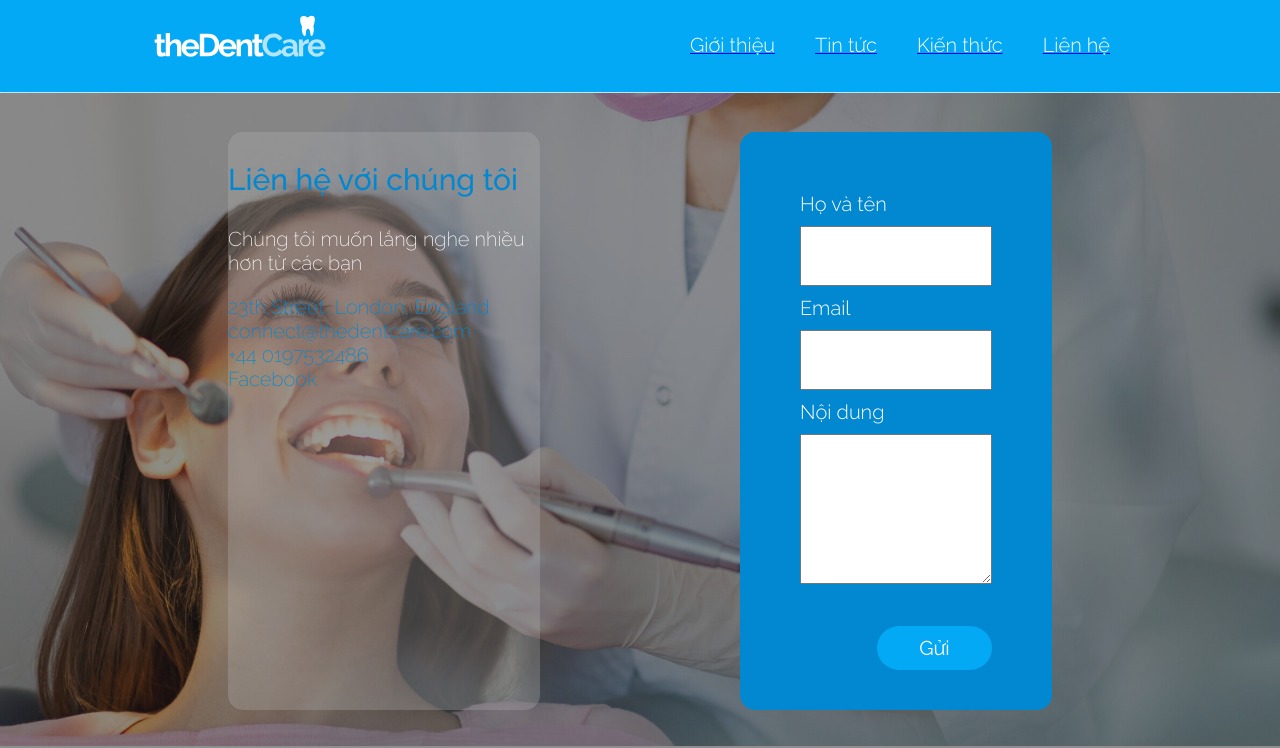
Repository: vantoan19/theDentCare
Page: /contact (app in theDentalCare/the-dental-care/)
An editor plug-in stored every save of this project. The page is shown before and after the next save, followed by the edit.
The browser window is 1280 px wide. The pictures show the whole page.
The project was rebuilt for these pictures with package versions that can differ from the ones it lists, and the page was loaded fresh each time. The framework's server and built-in components were replaced by stand-ins that run in the browser.

Above is the page before, as saved 2022-09-23 20:37:24.

### theDentalCare/the-dental-care/pages/_app.js
import { createGlobalStyle } from "styled-components";

const GlobalStyle = createGlobalStyle`
    html,
    body, input, textarea, button {
        padding: 0;
        margin: 0;
        font-family: Raleway;
        font-size: 10px;
    }
    html,
    body {
      height: 100%;
    }

    * {
        box-sizing: border-box;
    }
`;

function MyApp({ Component, pageProps }) {
  return (
    <>
      <GlobalStyle />
      <Component {...pageProps} />
    </>
  );
}

export default MyApp

### theDentalCare/the-dental-care/pages/_document.js
// pages/_document.js

import { Html, Head, Main, NextScript } from 'next/document'

export default function Document() {
  return (
    <Html>
      <Head>
        <link
          href="https://fonts.googleapis.com/css2?family=Raleway:ital,wght@0,100;0,200;0,300;0,400;0,500;0,600;0,700;0,800;0,900;1,100;1,200;1,300;1,400;1,500;1,600;1,700;1,800;1,900&display=swap"
          rel="stylesheet"
        />
      </Head>
      <body>
        <Main />
        <NextScript />
      </body>
    </Html>
  )
}

### theDentalCare/the-dental-care/pages/contact/index.js
import { Fragment } from "react";
import styled from "styled-components";
import NavBar from "../../components/NavBar/NavBar";
import BackgroundImage from "../../components/BackgroundImage/BackgroundImage";
import Card from "../../components/UI/Card/Card";
import Button from "../../components/UI/Button/Button";

const ContactFormTextInput = styled.input`
  width: 100%;
  height: 60px;
`;

const ContactFormTextArea = styled.textarea`
  width: 100%;
  height: 150px;
`;

const ContactFormTitle = styled.h3`
  color: #fff;
  font-size: 2rem;
  font-weight: 300;
  margin: 10px 0;
`;

const ContactFormButton = styled(Button)`
  font-size: 2rem;
  padding: 10px 20px;
  margin: 40px 0;
  width: 60%;
  float: right;
`;

const ContactForm = styled.form`
  background-color: rgba(2, 136, 209, 1);
  margin: 60px;
`;

const FormCard = styled(Card)`
  width: 50%;
`;

const ContactInfoTitle = styled.h3`
  color: #0288d1;
  font-size: 3rem;
  font-weight: 500;
`;

const ContactInfoDesc = styled.p`
  color: #fff;
  font-size: 2rem;
  font-weight: 200;
`;

const ContactInfoDetails = styled.a`
  color: #0288d1;
  font-size: 2rem;
  font-weight: 200;
  display: block;
`;

const InfoCard = styled(Card)`
  width: 50%;
  background-color: rgba(180, 180, 180, 0.3);
`;

const Flex = styled.div`
  display: flex;
  position: absolute;
  top: 50%;
  left: 50%;
  transform: translate(-50%, -50%);
  z-index: 3;
  width: 80%;
`;

const ContactContainer = styled.div`
  position: relative;
`;

export default function Contact() {
  return (
    <Fragment>
      <NavBar />
      <ContactContainer>
        <BackgroundImage
          src="/contact_image.jpeg"
          alt="contact background image"
          isMasked={true}
        />
        <Flex>
          <InfoCard>
            <ContactInfoTitle>Liên hệ với chúng tôi</ContactInfoTitle>
            <ContactInfoDesc>
              Chúng tôi muốn lắng nghe nhiều hơn từ các bạn
            </ContactInfoDesc>
            <ContactInfoDetails>
              23th Street, London, England
            </ContactInfoDetails>
            <ContactInfoDetails>connect@thedentcare.com</ContactInfoDetails>
            <ContactInfoDetails>+44 0197532486</ContactInfoDetails>
            <ContactInfoDetails>Facebook</ContactInfoDetails>
          </InfoCard>
          <FormCard>
            <ContactForm>
              <ContactFormTitle>Họ và tên</ContactFormTitle>
              <ContactFormTextInput />
              <ContactFormTitle>Email</ContactFormTitle>
              <ContactFormTextInput />
              <ContactFormTitle>Nội dung</ContactFormTitle>
              <ContactFormTextArea />
              <ContactFormButton>Gửi</ContactFormButton>
            </ContactForm>
          </FormCard>
        </Flex>
      </ContactContainer>
    </Fragment>
  );
}

### theDentalCare/the-dental-care/components/NavBar/NavBar.jsx
import React from 'react'
import Link from 'next/link'
import styled from 'styled-components'
import Logo from './Logo/Logo'
import NavItem from './NavItem/NavItem'

const LogoContainer = styled.div`
  margin: 0 150px;
`

const NavItemsGroup = styled.div`
  display: flex;
  height: 90px;
  align-items: center;
  margin: 0 150px;
`

const StyledAnchor = styled.a`
  text-decoration: none;
`

const NavContainer = styled.nav`
  background-color: #03A9F4;
  display: flex;
  flex-direction: row;
  justify-content: space-between;
  box-shadow: 0px 2px 4px 1px #B3E5FC;
  margin-bottom: 1px;
`

const NavBar = () => {
  return (
    <NavContainer>
      <LogoContainer>
        <Link href='/'>
          <StyledAnchor>
            <Logo/>
          </StyledAnchor>
        </Link>
      </LogoContainer>
      <NavItemsGroup>
        <Link href='/about'>
          <StyledAnchor>
            <NavItem>Giới thiệu</NavItem>
          </StyledAnchor>
        </Link>
        <Link href='/news'>
          <StyledAnchor>
            <NavItem>Tin tức</NavItem>
          </StyledAnchor>
        </Link>
        <Link href='/knowledge'>
          <StyledAnchor>
            <NavItem>Kiến thức</NavItem>
          </StyledAnchor>
        </Link>
        <Link href='/contact'>
          <StyledAnchor>
            <NavItem>Liên hệ</NavItem>
          </StyledAnchor>
        </Link>
      </NavItemsGroup>
    </NavContainer>
  )
}

export default NavBar

### theDentalCare/the-dental-care/components/BackgroundImage/BackgroundImage.jsx
import React from "react";
import styled from "styled-components";

const StyledImage = styled.img`
  width: 100%;
  height: 100%;
`;

const GreyMask = styled.div`
  background-color: rgba(30, 30, 30, 0.5);
  width: 100%;
  height: 100%;
  z-index: 2;
  position: absolute;
  top: 0;
  left: 0;
`;

const BackgroundContainer = styled.div`
  width: 100%;
  height: 100%;
  position: relative;
`;

const BackgroundImage = (props) => {
  return (
    <BackgroundContainer>
      <StyledImage src={props.src} alt={props.alt} />
      {props.isMasked && <GreyMask />}
    </BackgroundContainer>
  );
};

export default BackgroundImage;

### theDentalCare/the-dental-care/components/UI/Card/Card.jsx
import React from "react";
import styled from "styled-components";

const StyledDiv = styled.div`
  margin: 0 100px;
  background-color: #0288d1;
  border-radius: 15px;
`;

const Card = (props) => {
  return <StyledDiv className={props.className}>{props.children}</StyledDiv>;
};

export default Card;

### theDentalCare/the-dental-care/components/UI/Button/Button.jsx
import React from 'react'
import styled from 'styled-components'

const StyledButton = styled.button`
    border: none;
    padding: 15px;
    border-radius: 30px;
    color: #fff;
    background-color: #03A9F4;
    cursor: pointer;
`

const Button = (props) => {
  return (
    <StyledButton onClick={props.action} className={props.className}>
        {props.children}
    </StyledButton>
  )
}

export default Button

### theDentalCare/the-dental-care/components/NavBar/Logo/Logo.jsx
import React from 'react'
import styled from 'styled-components'


const StyledLogo = styled.img`
  width: 180px;
  cursor: pointer;
`

const Logo = () => {
  return (
    <StyledLogo src='/theDentCare.svg'/>
  )
}

export default Logo

### theDentalCare/the-dental-care/components/NavBar/NavItem/NavItem.jsx
import React from 'react'
import styled from 'styled-components'

const StyledSpan = styled.span`
    cursor: pointer;
    margin: 0px 20px;
    font-size: 2rem;
    font-weight: 300;
    color: #fff;
`

const NavItem = (props) => {
    return (
      <StyledSpan>{props.children}</StyledSpan>
    )
}

export default NavItem

After the next save:
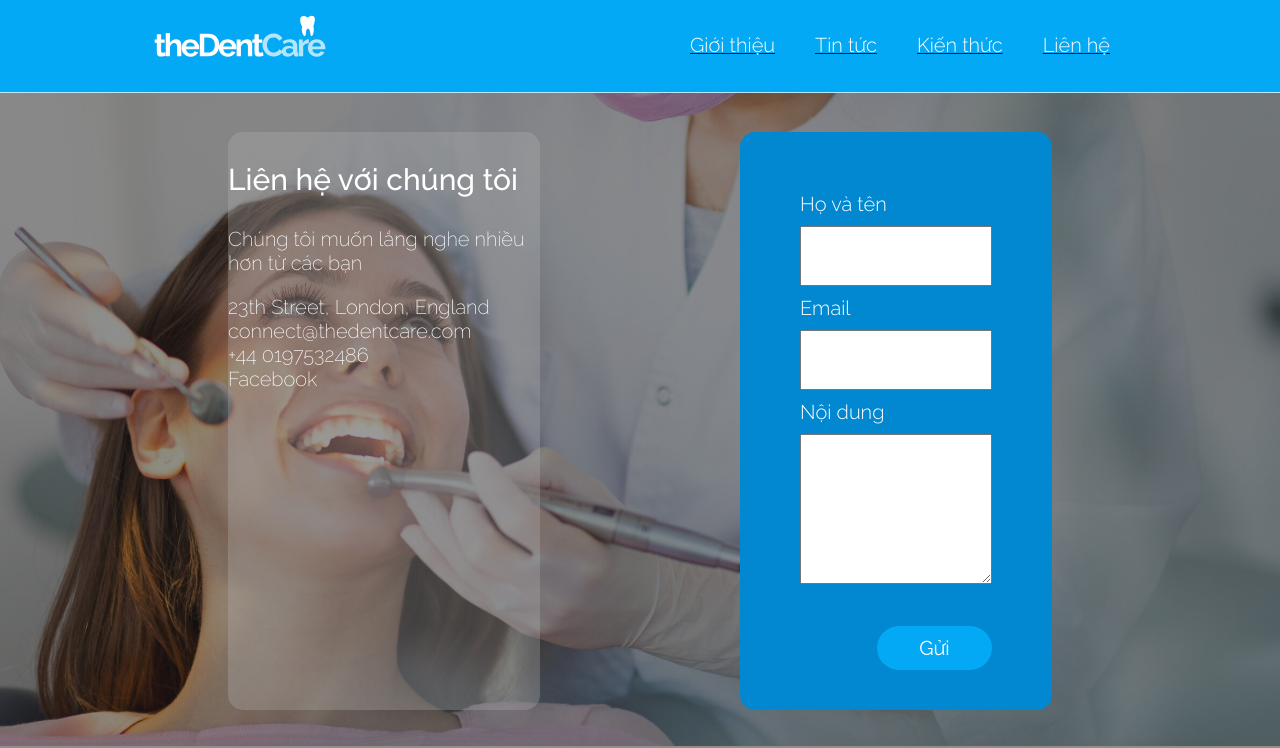
Saved 9 s later.
--- a/theDentalCare/the-dental-care/pages/contact/index.js
+++ b/theDentalCare/the-dental-care/pages/contact/index.js
@@ -40,7 +40,7 @@ const FormCard = styled(Card)`
 `;
 
 const ContactInfoTitle = styled.h3`
-  color: #0288d1;
+  color: #fff;
   font-size: 3rem;
   font-weight: 500;
 `;
@@ -52,7 +52,7 @@ const ContactInfoDesc = styled.p`
 `;
 
 const ContactInfoDetails = styled.a`
-  color: #0288d1;
+  color: #fff;
   font-size: 2rem;
   font-weight: 200;
   display: block;
